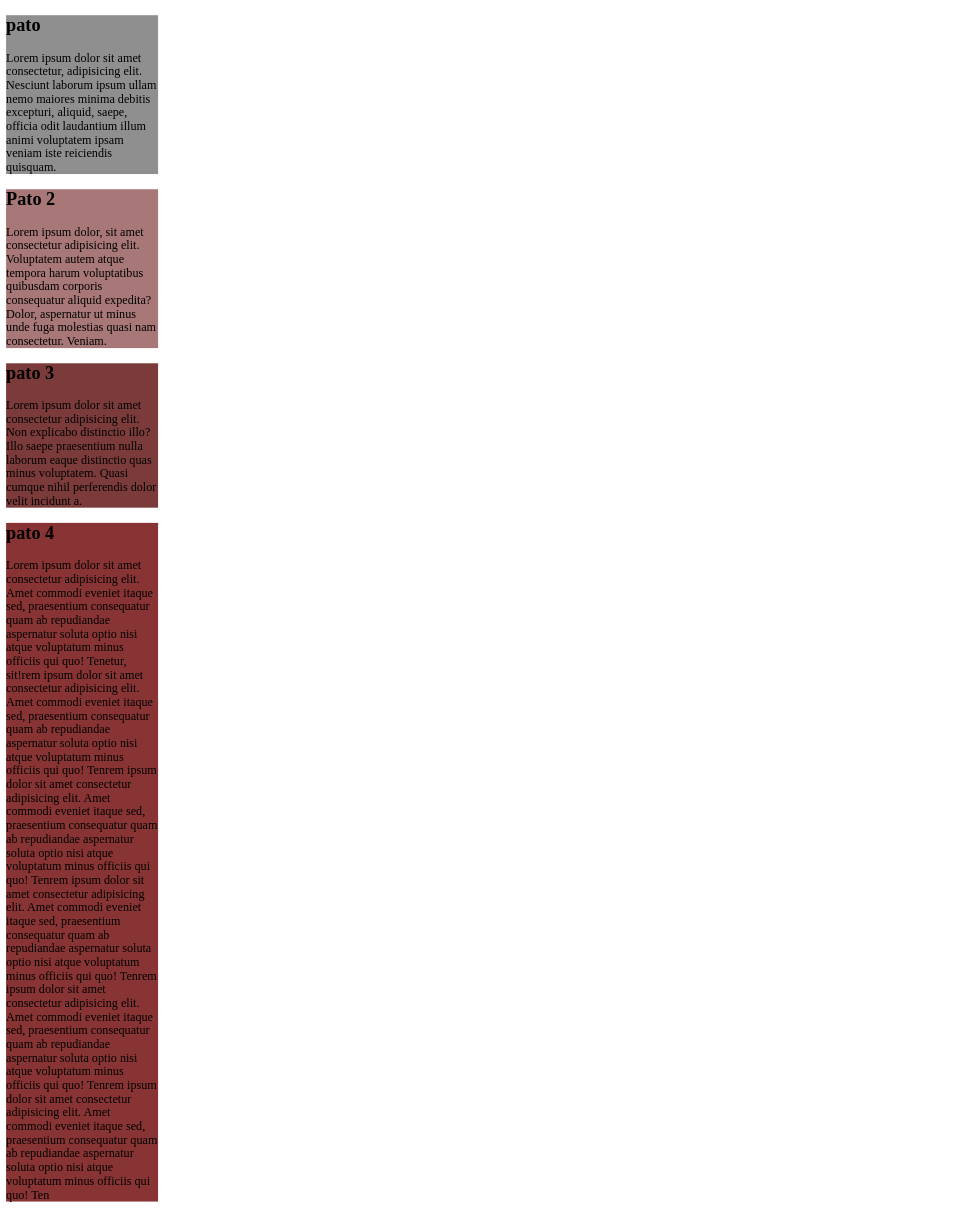
Repository: viviij/Fun-es-Simples-JavaScript
Page: index.html
An editor plug-in stored every save of this project. The page is shown before and after the next save, followed by the edit.
The browser window is 1280 px wide. The pictures show the whole page, at 76% of full size.

Above is the page before, as saved 2022-08-25 20:49:04.

After the next save:
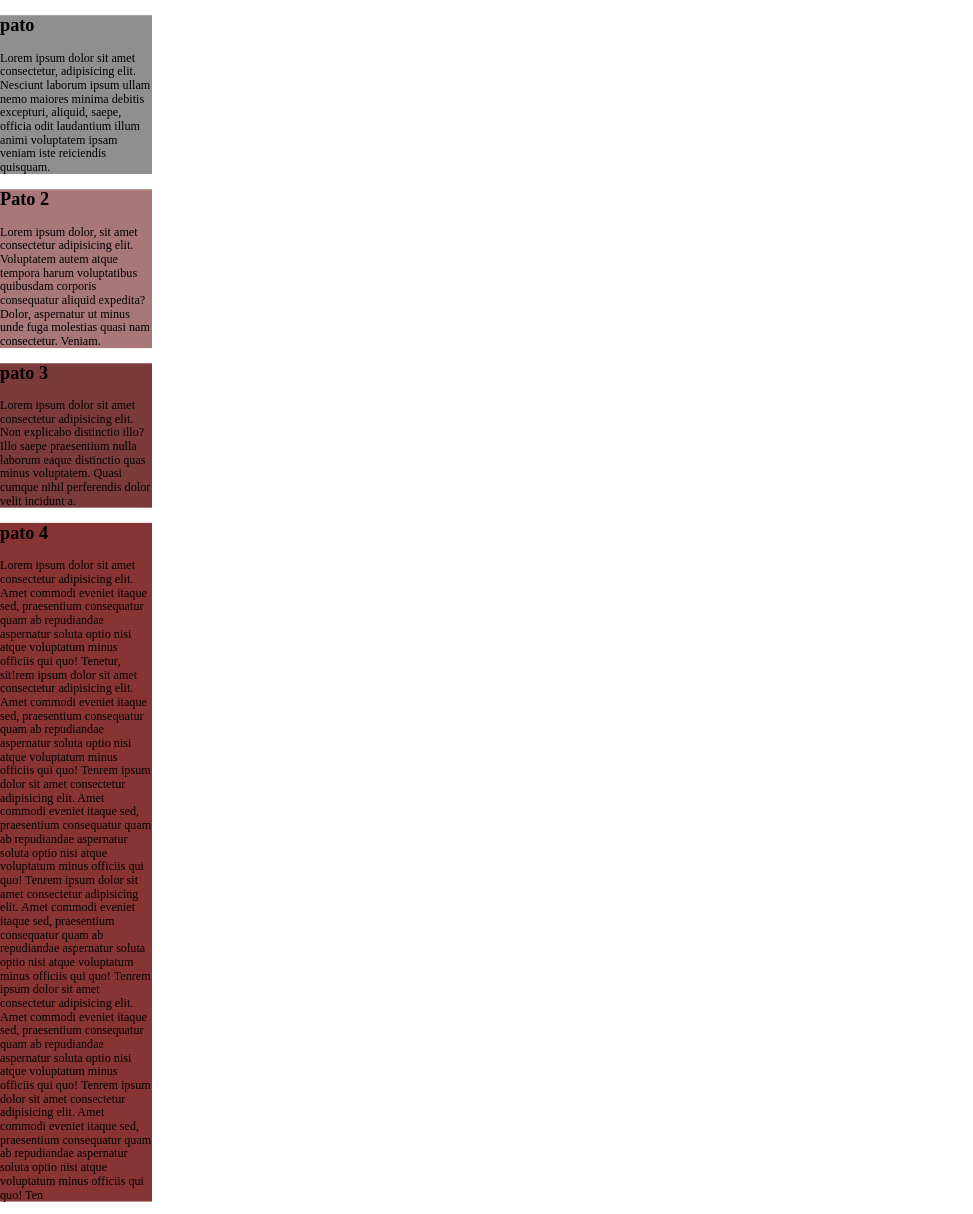
Saved 19 s later.
--- a/styles.css
+++ b/styles.css
@@ -1,4 +1,4 @@
-.container {
+body {
   margin: 0;
   padding: 0;
   box-sizing: border-box;
@@ -7,11 +7,6 @@
 .container section {
   max-height: auto;
   max-width: 200px;
-}
-
-section {
-  margin: 0;
-  padding: 0;
 }
 
 .container .questao_1 {
